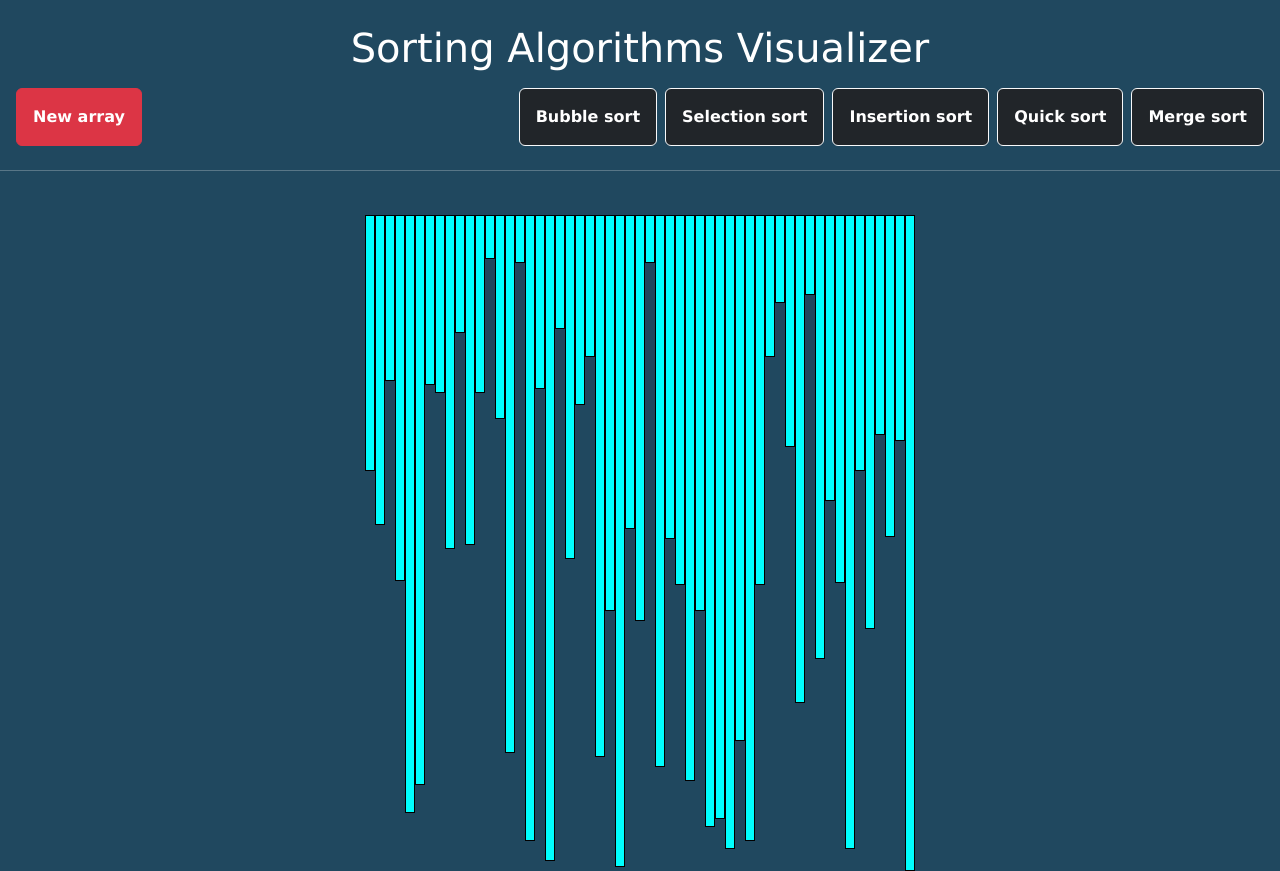
Repository: Vasil1001/Sorting-Algorithms-Visualizer-js
Page: views/index.html
An editor plug-in stored every save of this project. The page is shown before and after a run of saves, followed by the edit.
The browser window is 1280 px wide. The pictures show the whole page.

Above is the page before, as saved 2022-11-03 18:07:55.

### views/index.html
<!doctype html>
<html lang="en">

<head>
  <meta charset="utf-8">
  <meta name="viewport" content="width=device-width, initial-scale=1">

  <title>Sorting Algorithms Visualizer</title>

  <!-- Import css & bootstrap-->
  <link href="https://cdn.jsdelivr.net/npm/bootstrap@5.2.2/dist/css/bootstrap.min.css" rel="stylesheet"
    integrity="sha384-Zenh87qX5JnK2Jl0vWa8Ck2rdkQ2Bzep5IDxbcnCeuOxjzrPF/et3URy9Bv1WTRi" crossorigin="anonymous">
  <link rel="stylesheet" href="/css/base.css">

</head>

<header>
  <h1 align="center" class="mt-4">Sorting Algorithms Visualizer</h1>


  <nav class="navbar navbar-expand-lg">

    <div class="container-fluid">
      <button type="button" class="btn btn-danger mx-1 p-3 " id="new_array" style="color: white;"><b>New
          array </b>
      </button>
      <ul class="navbar-nav">
        <li class="nav-item">
          <button type="button" class="btn btn-dark border-light mx-1 p-3 " id="bubble_sort"
            style="color: white;"><b>Bubble sort</b> </button>
        </li>
        <li class="nav-item">
          <button type="button" class="btn btn-dark border-light mx-1 p-3 " id="selection_sort"
            style="color: rgb(255, 255, 255);">
            <b>Selection sort</b></button>
        </li>
        <li class="nav-item">
          <button type="button" class="btn btn-dark border-light mx-1 p-3 " id="insertion_sort" style="color: white;">
            <b>Insertion sort</b></button>
        </li>
        <li class="nav-item">
          <button type="button" class="btn btn-dark border-light mx-1 p-3 " id="quick_sort" style="color: white;">
            <b>Quick sort</b></button>
        </li>
        <li class="nav-item">
          <button type="button" class="btn btn-dark border-light mx-1 p-3 " id="merge_sort"> <b>Merge sort</b></button>
        </li>

      </ul>
    </div>
  </nav>


</header>

<body>

  <hr style="color: white;">

  <div id="bars" class="bars flex-container p-4"></div>

  <!-- Import css & bootstrap-->
  <script src="https://cdn.jsdelivr.net/npm/bootstrap@5.2.2/dist/js/bootstrap.bundle.min.js"
    integrity="sha384-OERcA2EqjJCMA+/3y+gxIOqMEjwtxJY7qPCqsdltbNJuaOe923+mo//f6V8Qbsw3"
    crossorigin="anonymous"></script>
  <script defer src="/sort_algos_js_files/index.js"></script>

</body>

</html>

### css/base.css
body {
    background-color: rgb(32, 72, 95);
    color:white;
    font-size: 18px;
    font-family: 'Lucida Sans', 'Lucida Sans Regular', 'Lucida Grande', 'Lucida Sans Unicode', Geneva, Verdana, sans-serif;
}
.flex-container{
    margin-top: 20px;
    display: flex;
    flex-wrap: nowrap;
    width: 100%;
    height: 500px;
    justify-content: center;
    transition: 2s all ease;
}

.flex-item{
    background: cyan;
    border: 1pt solid black;
    width: 10px;
    transition: 0.1s all ease;
}

.sidenav {
    height: 100%;
    width: 160px;
    position: fixed;
    z-index: 1;
    top: 0;
    left: 0;
    background-color: rgb(14, 13, 35);
    overflow-x: hidden;
    padding-top: 20px;
  }

  .sidenav a {
    padding: 6px 8px 6px 16px;
    text-decoration: none;
    font-size: 25px;
    color: #818181;
    display: block;
  }

  .sidenav a:hover {
    color: #f1f1f1;
  }

  .main {
    margin-left: 160px; /* Same as the width of the sidenav */
    font-size: 28px; /* Increased text to enable scrolling */
    padding: 0px 10px;
  }
  @media screen and (max-height: 450px) {
    .sidenav {padding-top: 15px;}
    .sidenav a {font-size: 18px;}
  }

### sort_algos_js_files/index.js
let random_array_100 = [];
createBarArray();


function createBarArray() {

    // replace array
    deletePreviousArray()

    // Array to store randomly generated numbers
    random_array_100 = [];
    var numberOfBars = 0;
    let l = 55;

    // get a random number and add it to the array until there are 100 in array
    for (numberOfBars = 0; numberOfBars < l; numberOfBars++) {
        random_array_100.push(Math.round(Math.random() * l * 6));
    }
    // print 100 random numbers of the array
    console.log(random_array_100);


     // select the div #bars element
     const bars = document.querySelector("#bars");
    // make bars with height from random array numbers
    for (let i = 0; i < random_array_100.length; i++) {
        // const para = document.createElement("div");
        // para.innerText = random_array_100[i];
        // document.body.appendChild(para);

        // create div bar for each number in the array
        const bar = document.createElement("div");
        bar.style.height = `${random_array_100[i]*2}px`;
        bar.classList.add('bar');
        bar.classList.add('flex-item');
        bar.classList.add(`barNo${i}`);
        bars.appendChild(bar);
    }
}

function deletePreviousArray() {
    const bar = document.querySelector("#bars");
    bar.innerHTML = '';
}

document.getElementById("new_array").addEventListener("click", function(){
    createBarArray();
});

After the next 7 saves:
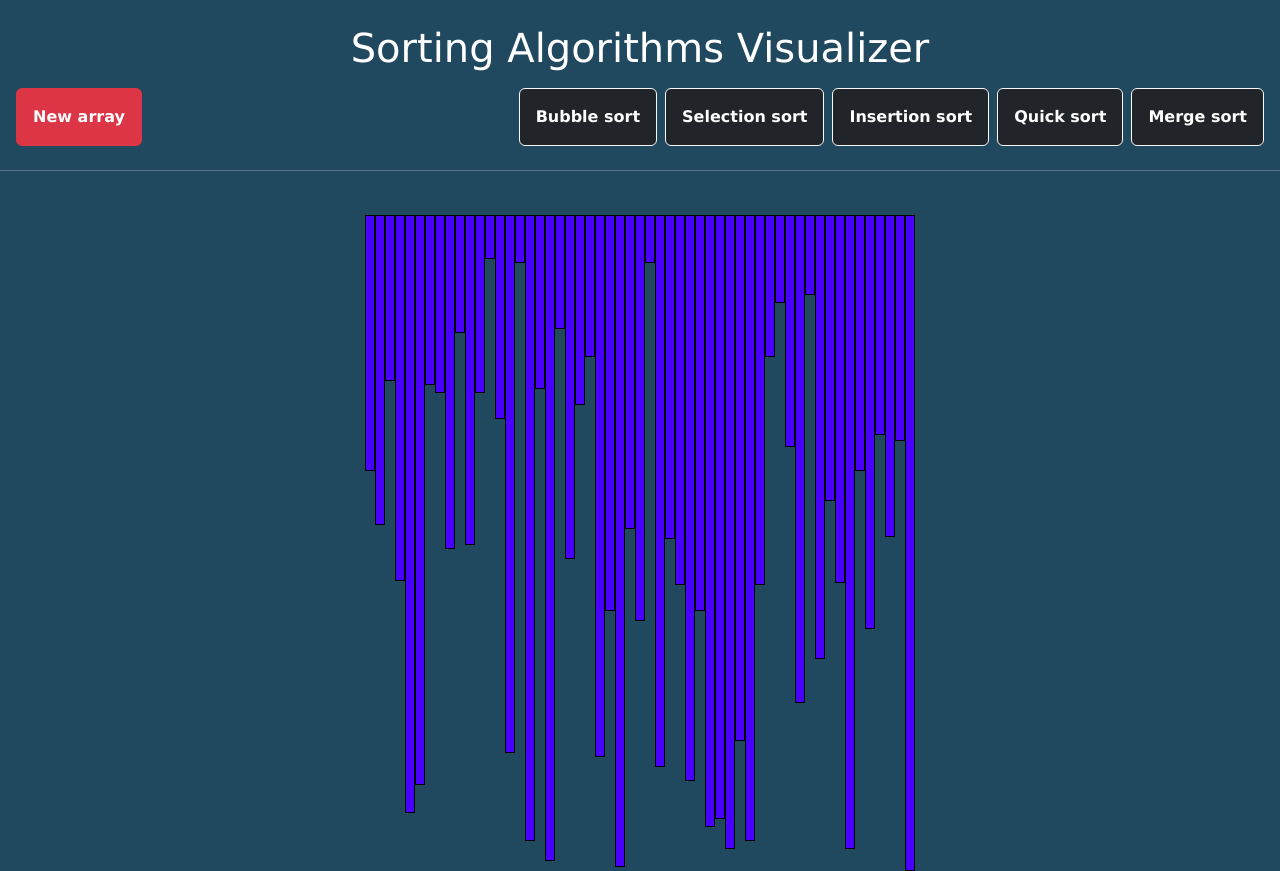
The 7 saves are shown as one change because they came seconds apart.
The last was saved 18 s later.
--- a/css/base.css
+++ b/css/base.css
@@ -15,7 +15,7 @@ body {
 }
 
 .flex-item{
-    background: cyan;
+    background: rgb(72, 0, 255);
     border: 1pt solid black;
     width: 10px;
     transition: 0.1s all ease;

After the 2 saves that followed:
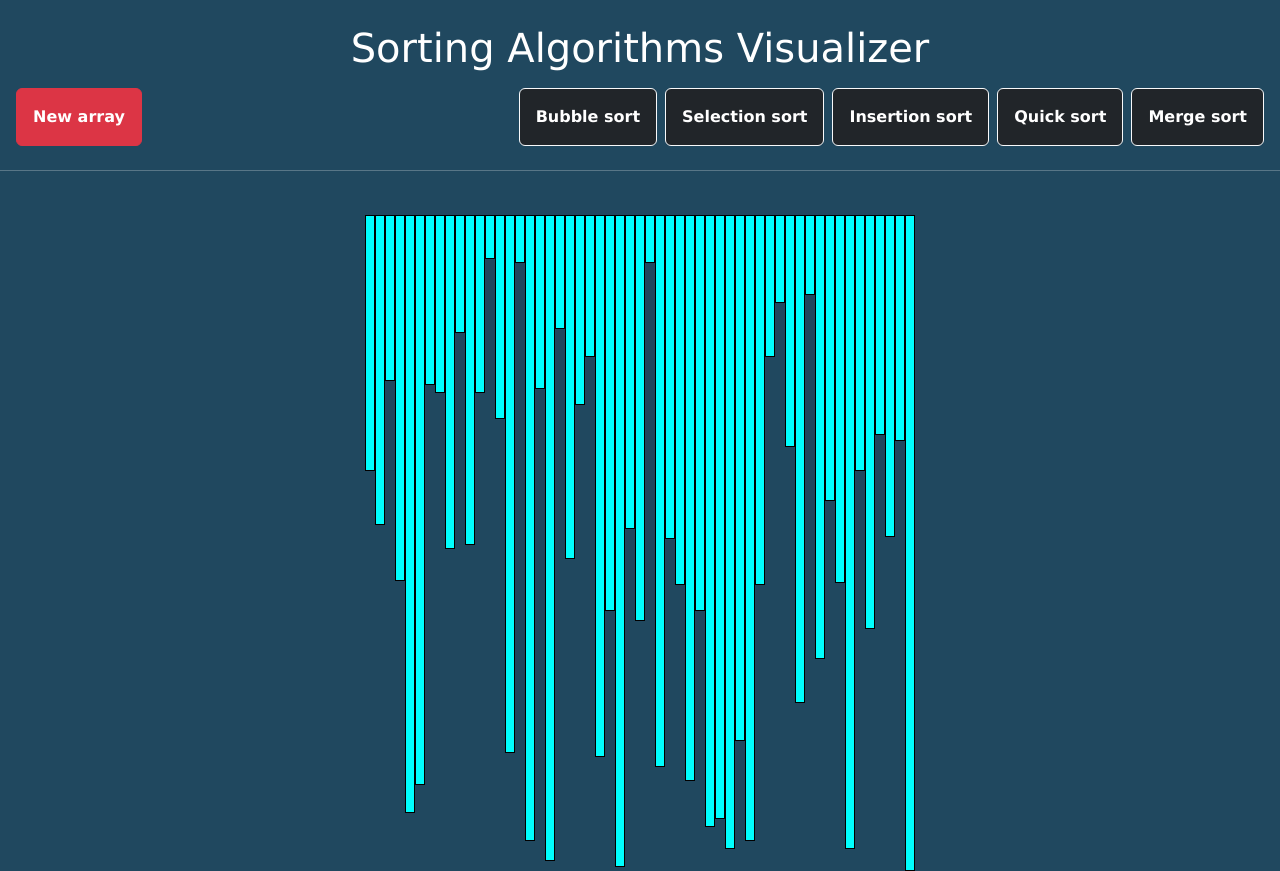
The 2 saves are shown as one change because they came seconds apart.
The last was saved 7 s later.
--- a/css/base.css
+++ b/css/base.css
@@ -15,7 +15,7 @@ body {
 }
 
 .flex-item{
-    background: rgb(72, 0, 255);
+    background: cyan;
     border: 1pt solid black;
     width: 10px;
     transition: 0.1s all ease;
@@ -32,19 +32,17 @@ body {
     overflow-x: hidden;
     padding-top: 20px;
   }
+  .sidenav a {
+  padding: 6px 8px 6px 16px;
+  text-decoration: none;
+  font-size: 25px;
+  color: #818181;
+  display: block;
+}
 
-  .sidenav a {
-    padding: 6px 8px 6px 16px;
-    text-decoration: none;
-    font-size: 25px;
-    color: #818181;
-    display: block;
-  }
-
-  .sidenav a:hover {
-    color: #f1f1f1;
-  }
-
+.sidenav a:hover {
+  color: #f1f1f1;
+}
   .main {
     margin-left: 160px; /* Same as the width of the sidenav */
     font-size: 28px; /* Increased text to enable scrolling */
